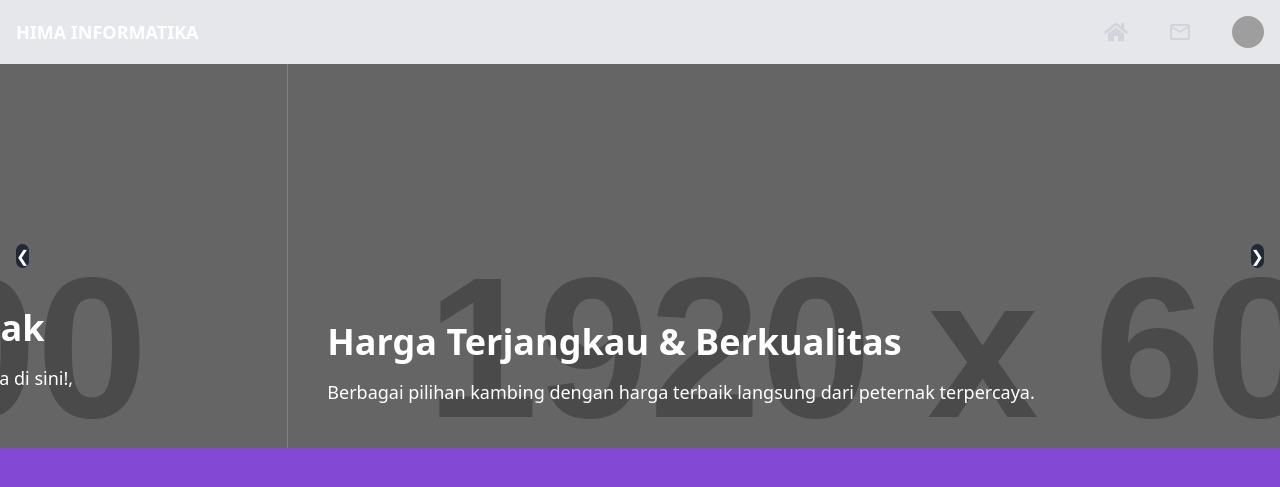
Repository: MUHAMADTEGARWIJAYA/himaif
Page: /
The author's editor kept a copy of each file at every save. The page is drawn from the files as they stood at one save, then again after the next save.
The browser window is 1280 px wide. The pictures show the whole page.
Pictures or frames that could not be fetched are drawn as grey boxes. The project was rebuilt for these pictures with package versions that can differ from the ones it lists, and the page was loaded fresh each time. Also part of the build but not shown: vite.config.js.

Above is the page before, as saved 2024-12-21 11:16:32.

### src/main.jsx
import React from 'react'
import ReactDOM from "react-dom/client"
import './index.css'
import App from './App.jsx'
import { BrowserRouter } from 'react-router-dom'

ReactDOM.createRoot(document.getElementById('root')).render(
  <React.StrictMode>
    <BrowserRouter>
    <App />
    </BrowserRouter>
  </React.StrictMode>
);

### src/index.css
@tailwind base;
@tailwind components;
@tailwind utilities;

body{
    background-color: #8349d4;
}

### src/App.jsx
import { Routes, Route } from "react-router-dom";
import Slider from "./pages/Content";
import LandingPage from "./layout/LandingPageLay";

export default function App() {
  return (
    <Routes>
      <Route element={<LandingPage />}>
         <Route path="/" element={<Slider   />}/>
      </Route>
    </Routes>
  );
}

### src/pages/Content.jsx
import { useState, useEffect } from "react";

const Slider = () => {
  const slides = [
    {
      id: 1,
      image: "https://via.placeholder.com/1920x600", // Ganti dengan URL gambar
      title: "Mudah & Transparan! Kambing Langsung dari Peternak",
      description:
        "Akses langsung ke peternak, harga transparan, dan kualitas terjamin. Pilih kambing untuk kebutuhan Anda hanya di sini!, jdsudvudvbduvbdvbdiobvbvsudvds",
    },
    {
      id: 2,
      image: "https://via.placeholder.com/1920x600", // Ganti dengan URL gambar
      title: "Harga Terjangkau & Berkualitas",
      description:
        "Berbagai pilihan kambing dengan harga terbaik langsung dari peternak terpercaya.",
    },
    {
      id: 3,
      image: "https://via.placeholder.com/1920x600", // Ganti dengan URL gambar
      title: "Pesan Sekarang, Nikmati Kemudahan",
      description:
        "Proses cepat, aman, dan terintegrasi untuk kebutuhan kambing Anda.",
    },
  ];

  const [currentIndex, setCurrentIndex] = useState(0);

  useEffect(() => {
    const interval = setInterval(() => {
      setCurrentIndex((prevIndex) =>
        prevIndex === slides.length - 1 ? 0 : prevIndex + 1
      );
    }, 5000); // Ganti dengan waktu delay (ms)
    return () => clearInterval(interval);
  }, [slides.length]);

  const prevSlide = () => {
    setCurrentIndex(currentIndex === 0 ? slides.length - 1 : currentIndex - 1);
  };

  const nextSlide = () => {
    setCurrentIndex((currentIndex + 1) % slides.length);
  };

  return (
    <div className="relative w-full h-96 overflow-hidden">
      <div
        className="flex transition-transform duration-1000"
        style={{ transform: `translateX(-${currentIndex * 100}%)` }}
      >
        {slides.map((slide) => (
          <div
            key={slide.id}
            className="w-full h-[600px] flex-shrink-0 relative"
            style={{
              backgroundImage: `url(${slide.image})`,
              backgroundSize: "cover",
              backgroundPosition: "center",
            }}
          >
            <div className="absolute inset-0 bg-black bg-opacity-50 flex flex-col justify-center items-start p-10 text-white">
              <h1 className="text-4xl font-bold mb-4">{slide.title}</h1>
              <p className="text-lg">{slide.description}</p>
            </div>
          </div>
        ))}
      </div>
      <button
        onClick={prevSlide}
        className="absolute top-1/2 left-4 -translate-y-1/2 bg-gray-800 text-white rounded-full"
      >
        &#10094;
      </button>
      <button
        onClick={nextSlide}
        className="absolute top-1/2 right-4 -translate-y-1/2 bg-gray-800 text-white rounded-full"
      >
        &#10095;
      </button>
    </div>
  );
};

export default Slider;

### src/layout/LandingPageLay.jsx
import Navbar from '../pages/Navbar';
import { Outlet } from 'react-router-dom';

const LandigPage = () => {
    return (
        <div className='bg-gray-200'>
            <Navbar />
             <Outlet />
         </div>
    );
};

export default LandigPage;

### src/pages/Navbar.jsx
import  { useState, useEffect } from "react";
import { FaHome } from "react-icons/fa";
import { MdOutlineEmail } from "react-icons/md";

const Navbar = () => {
  const [isVisible, setIsVisible] = useState(true);

  useEffect(() => {
    const handleScroll = () => {
      // Check scroll position
      if (window.scrollY > 50) {
        setIsVisible(false); // Hide when scrolled down
      } else {
        setIsVisible(true); // Show when at top
      }
    };

    window.addEventListener("scroll", handleScroll);

    // Cleanup event listener on unmount
    return () => {
      window.removeEventListener("scroll", handleScroll);
    };
  }, []);

  return (
    <div className="relative">
      <div
        className={`flex items-center p-4 bg-transparent justify-between space-x-5 text-white transition-transform duration-300 ${
          isVisible ? "translate-y-0" : "-translate-y-full"
        }`}
      >
        {/* Bagian Kiri */}
        <div className="flex items-center">
          <span className="text-lg font-bold">HIMA INFORMATIKA</span>
        </div>

        {/* Bagian Kanan */}
        <div className="flex items-center relative space-x-10">
          <button className="text-gray-300 hover:text-white">
            <FaHome className="w-6 h-6" />
          </button>
          <button className="text-gray-300 hover:text-white">
            <MdOutlineEmail className="w-6 h-6" />
          </button>
          {/* Avatar */}
          <div className="flex items-center">
            <img
              src="image.jpg" // Gunakan default jika avatar kosong
              alt="User Avatar"
              className="w-8 h-8 rounded-full"
            />
          </div>
        </div>
      </div>
    </div>
  );
};

export default Navbar;

Loaded but not shown: index.html (common file); tailwind.config.js (common file)

After the next save:
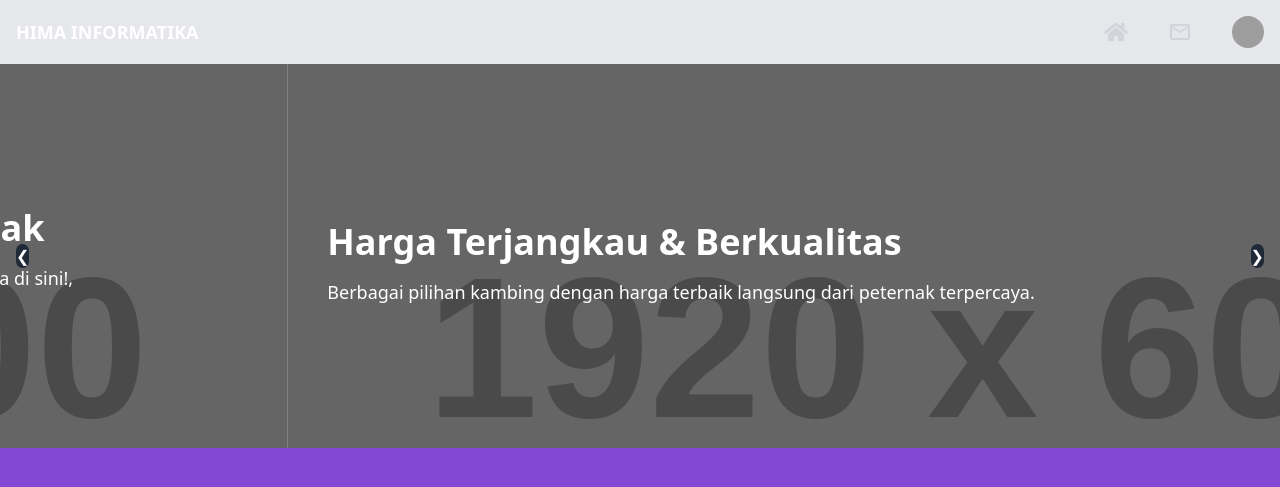
Saved 17 s later.
--- a/src/pages/Content.jsx
+++ b/src/pages/Content.jsx
@@ -60,7 +60,7 @@ const Slider = () => {
               backgroundPosition: "center",
             }}
           >
-            <div className="absolute inset-0 bg-black bg-opacity-50 flex flex-col justify-center items-start p-10 text-white">
+            <div className="absolute inset-0 bg-black bg-opacity-50 flex flex-col justify-center pb-60 items-start p-10 text-white">
               <h1 className="text-4xl font-bold mb-4">{slide.title}</h1>
               <p className="text-lg">{slide.description}</p>
             </div>
